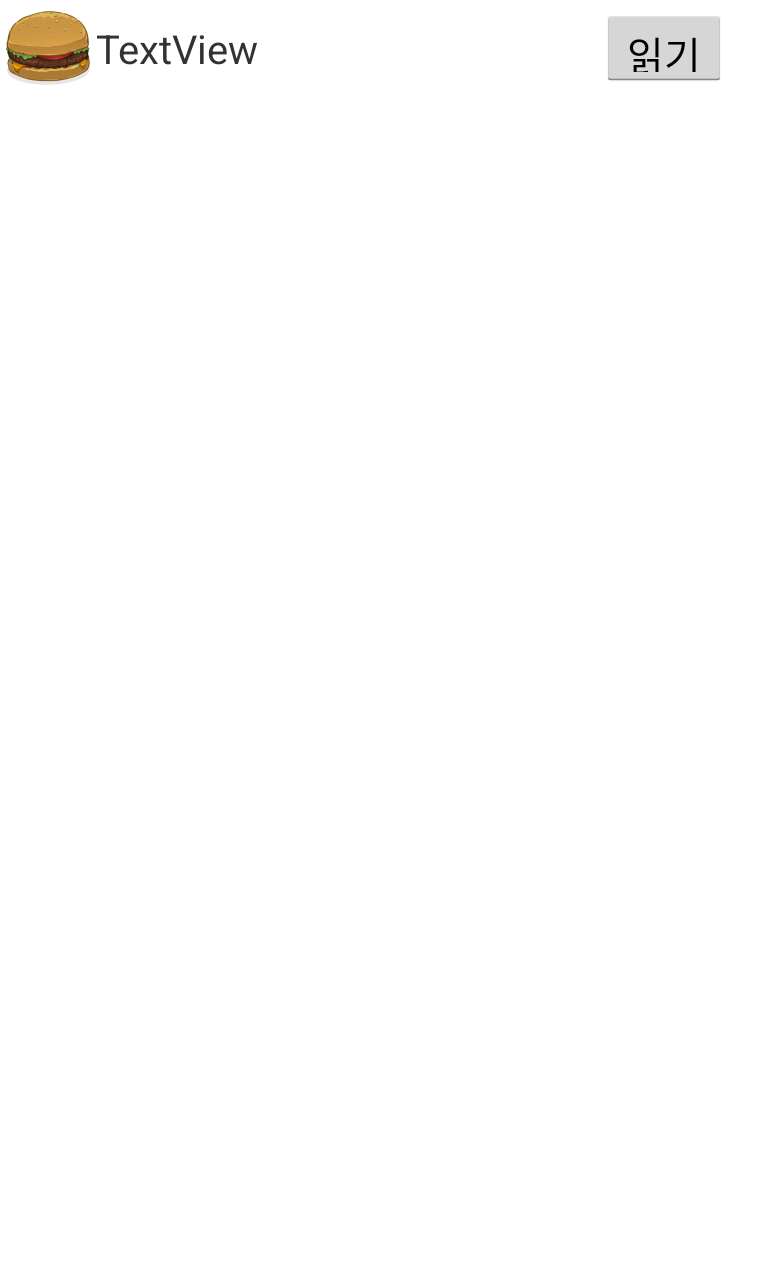
Repository: OnionLord/BurgerWIKI
Layout: burgerDicApp/BurgerDictionary/res/layout/burgeritem.xml
The author's editor kept a copy of each file at every save. The layout is drawn from the files as they stood at one save, then again after the next save.
It is drawn on a 768 x 1280 px phone screen (xhdpi) without system bars, with theme AppTheme; the app's code is not run.

Above is the layout before, as saved 2014-11-07 16:10:00.

After the next save:
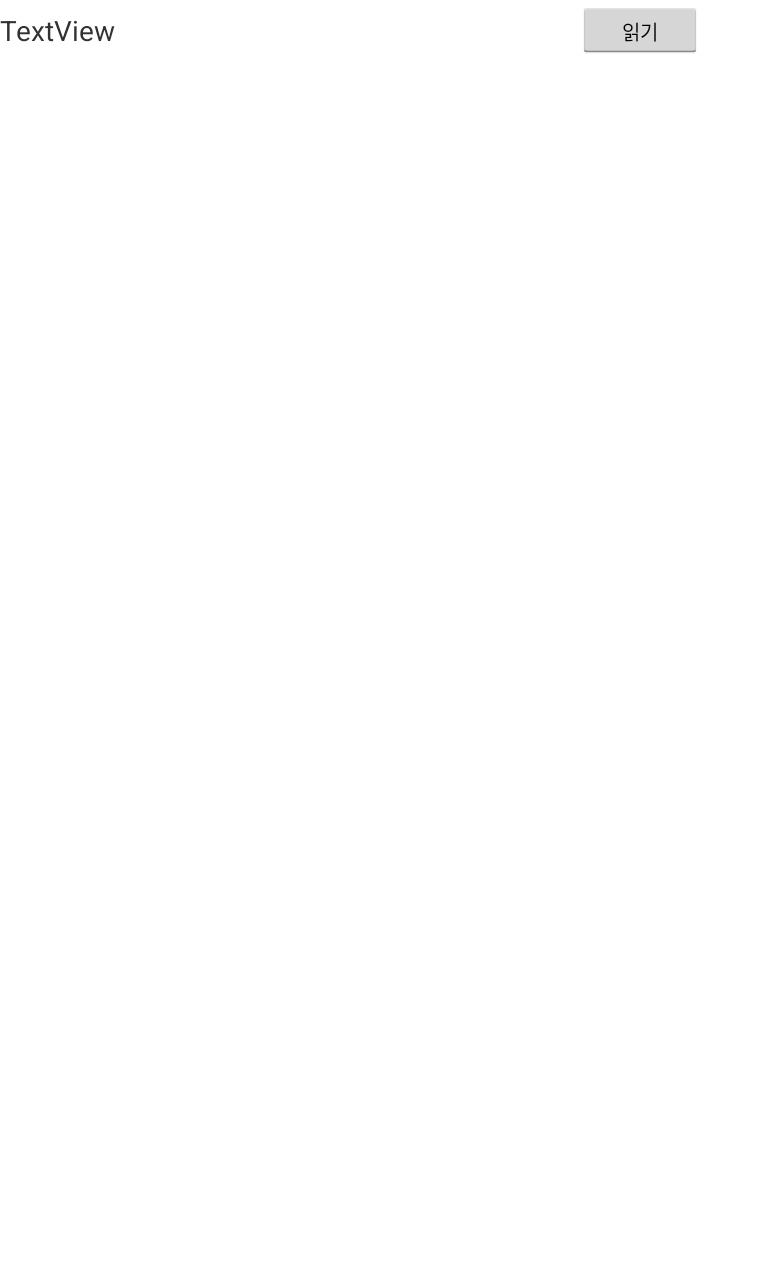
Saved 33 s later.
--- a/burgerDicApp/BurgerDictionary/res/layout/burgeritem.xml
+++ b/burgerDicApp/BurgerDictionary/res/layout/burgeritem.xml
@@ -8,19 +8,12 @@
         android:layout_height="wrap_content"
         android:gravity="center_vertical" >
 
-        <ImageView
-            android:id="@+id/item_image"
-            android:layout_width="wrap_content"
-            android:layout_height="wrap_content"
-            android:src="@drawable/ic_launcher" />
-
         <TextView
             android:id="@+id/item_txt"
             android:layout_width="0dp"
             android:layout_height="wrap_content"
             android:layout_weight="3"
-            android:text="TextView"
-             android:textSize="20sp"/>
+            android:text="TextView" />
 
         <LinearLayout
            android:layout_width="0dp"
@@ -31,9 +24,9 @@
             <Button
                 android:id="@+id/item_btn_view"
                 android:layout_width="wrap_content"
-                android:layout_height="40dp"
+                android:layout_height="30dp"
                 android:text="읽기"
-                android:textSize="20sp" />
+                android:textSize="10sp" />
 
         </LinearLayout>
 
